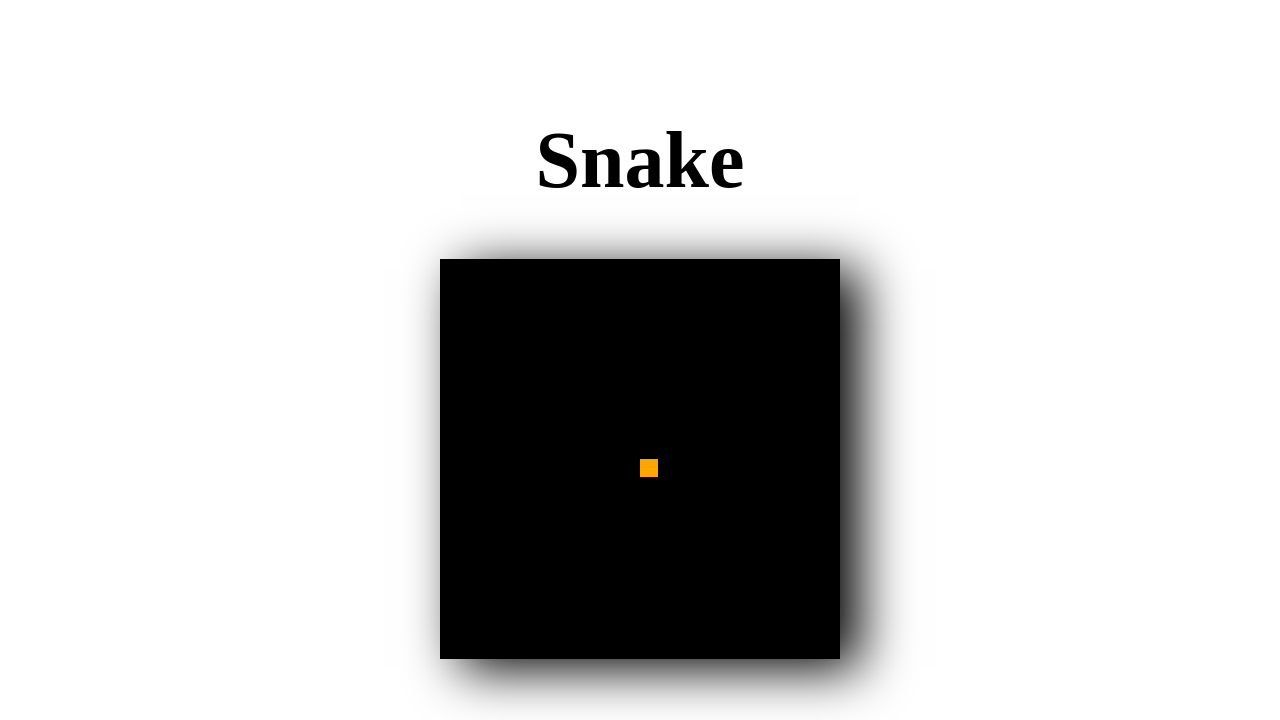
Repository: Ellisvelandia/snake
Page: index.html
These files come from the project's save history. The page is drawn as it stood at one moment and after the next save; the edit follows.
The browser window is 1280 px wide. The pictures show the whole page.

Above is the page before, as saved 2022-08-26 23:33:37.

After the next save:
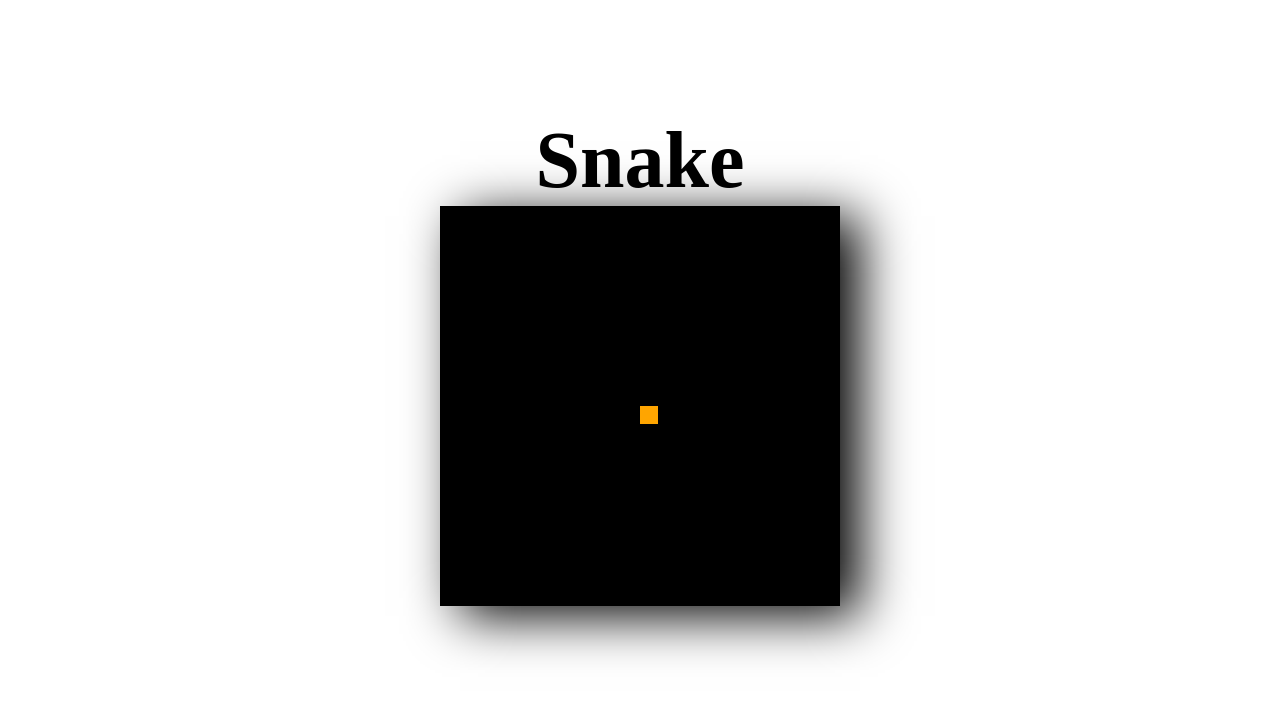
Saved 4 s later.
--- a/style.css
+++ b/style.css
@@ -11,7 +11,7 @@ body {
 
 h1 {
   font-size: 5rem;
-  margin
+  margin: 0;
 }
 canvas {
   box-shadow: #000 20px 10px 50px;
